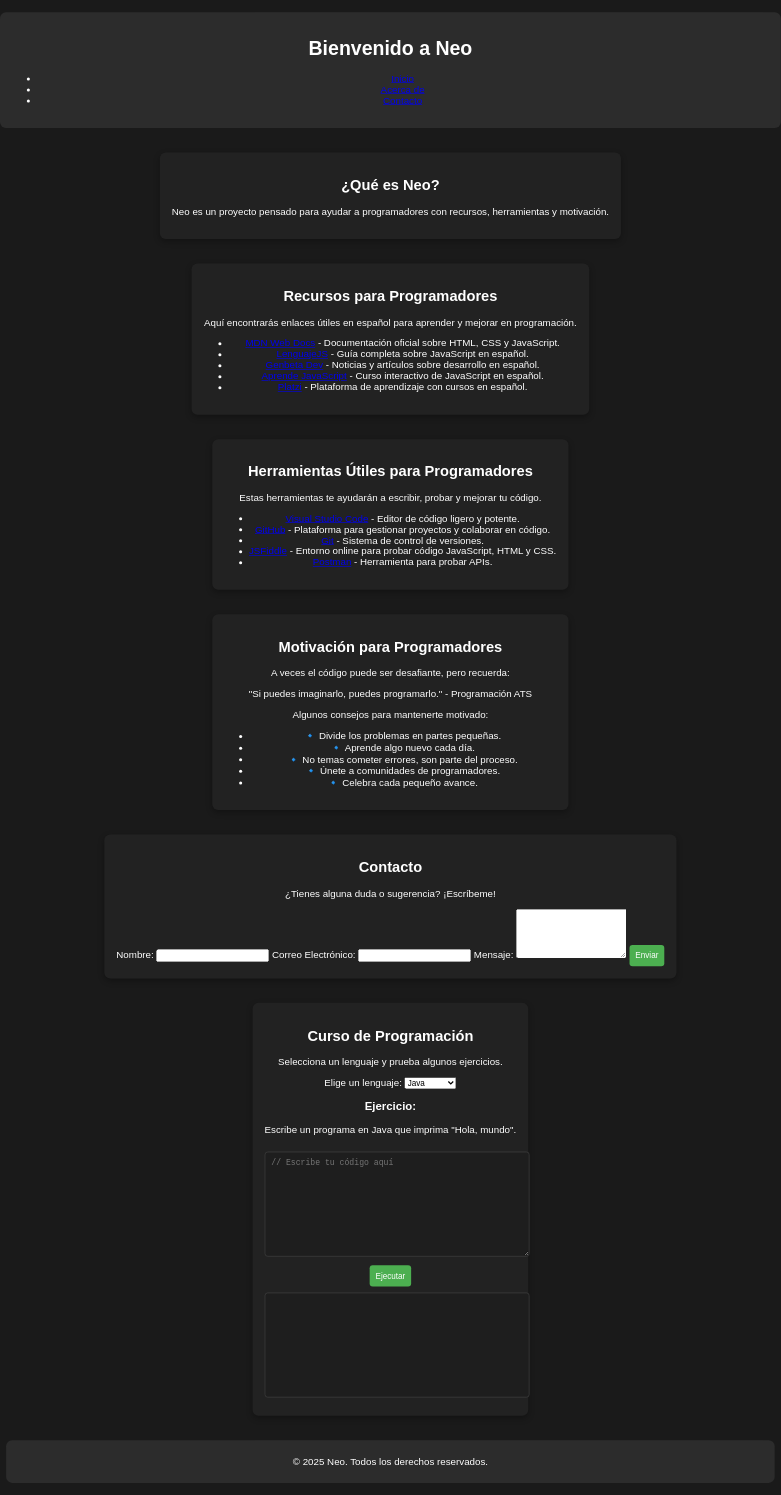
Repository: TapZc/getya_proyect
Page: index.html
These files come from the project's save history. The page is drawn as it stood at one moment and after the next save; the edit follows.
The browser window is 1280 px wide. The pictures show the whole page, at 61% of full size.

Above is the page before, as saved 2025-02-21 07:46:10.

### index.html
<!DOCTYPE html>
<html lang="es">
<head>
    <meta charset="UTF-8">
    <meta name="viewport" content="width=device-width, initial-scale=1.0">
    <title>Neo</title>
    <link rel="stylesheet" href="styles.css">
</head>

<script>
    function ejecutarCodigo() {
        let codigo = document.getElementById("codigo").value.trim();
        let resultado = document.getElementById("resultado");
        let lenguaje = document.getElementById("lenguaje").value;

        // Limpiar resultado antes de ejecutar
        resultado.textContent = "";

        if (codigo === "") {
            resultado.textContent = "⚠️ Escribe un código antes de ejecutar.";
            return;
        }

        // Si el usuario eligió JavaScript, ejecutamos directamente en el navegador
        if (lenguaje === "javascript") {
            try {
                let output = eval(codigo); // Evalúa el código
                resultado.textContent = "✅ Salida:\n" + output;
            } catch (error) {
                resultado.textContent = "❌ Error de sintaxis:\n" + error.message;
            }
        } else {
            // Simulación para Java y Python (en un futuro podemos ejecutar en un servidor)
            if (lenguaje === "java") {
                if (!codigo.includes("System.out.println")) {
                    resultado.textContent = "❌ Error: Usa System.out.println() para imprimir en Java.";
                } else {
                    resultado.textContent = "✅ Salida esperada:\nHola, mundo (ejemplo simulado)";
                }
            } else if (lenguaje === "python") {
                if (!codigo.includes("print")) {
                    resultado.textContent = "❌ Error: Usa print() para imprimir en Python.";
                } else {
                    resultado.textContent = "✅ Salida esperada:\nHola, mundo (ejemplo simulado)";
                }
            }
        }
    }
</script>



<body>
    <header>
        <h1>Bienvenido a Neo</h1>
        <nav>
            <ul>
                <li><a href="#">Inicio</a></li>
                <li><a href="#">Acerca de</a></li>
                <li><a href="#">Contacto</a></li>
            </ul>
        </nav>
    </header>

    <section>
        <h2>¿Qué es Neo?</h2>
        <p>Neo es un proyecto pensado para ayudar a programadores con recursos, herramientas y motivación.</p>
    </section>

    <section>
        <h2>Recursos para Programadores</h2>
        <p>Aquí encontrarás enlaces útiles en español para aprender y mejorar en programación.</p>
        <ul>
            <li><a href="https://developer.mozilla.org/es/" target="_blank">MDN Web Docs</a> - Documentación oficial sobre HTML, CSS y JavaScript.</li>
            <li><a href="https://lenguajejs.com/" target="_blank">LenguajeJS</a> - Guía completa sobre JavaScript en español.</li>
            <li><a href="https://www.genbeta.com/desarrollo" target="_blank">Genbeta Dev</a> - Noticias y artículos sobre desarrollo en español.</li>
            <li><a href="https://aprendejavascript.org/" target="_blank">Aprende JavaScript</a> - Curso interactivo de JavaScript en español.</li>
            <li><a href="https://platzi.com/" target="_blank">Platzi</a> - Plataforma de aprendizaje con cursos en español.</li>
        </ul>
    </section>

    <section>
        <h2>Herramientas Útiles para Programadores</h2>
        <p>Estas herramientas te ayudarán a escribir, probar y mejorar tu código.</p>
        <ul>
            <li><a href="https://code.visualstudio.com/" target="_blank">Visual Studio Code</a> - Editor de código ligero y potente.</li>
            <li><a href="https://github.com/" target="_blank">GitHub</a> - Plataforma para gestionar proyectos y colaborar en código.</li>
            <li><a href="https://git-scm.com/" target="_blank">Git</a> - Sistema de control de versiones.</li>
            <li><a href="https://jsfiddle.net/" target="_blank">JSFiddle</a> - Entorno online para probar código JavaScript, HTML y CSS.</li>
            <li><a href="https://www.postman.com/" target="_blank">Postman</a> - Herramienta para probar APIs.</li>
        </ul>
    </section>

    <section>
        <h2>Motivación para Programadores</h2>
        <p>A veces el código puede ser desafiante, pero recuerda:</p>
        <blockquote>
            "Si puedes imaginarlo, puedes programarlo." - Programación ATS
        </blockquote>
        <p>Algunos consejos para mantenerte motivado:</p>
        <ul>
            <li>🔹 Divide los problemas en partes pequeñas.</li>
            <li>🔹 Aprende algo nuevo cada día.</li>
            <li>🔹 No temas cometer errores, son parte del proceso.</li>
            <li>🔹 Únete a comunidades de programadores.</li>
            <li>🔹 Celebra cada pequeño avance.</li>
        </ul>
    </section>

    <section>
        <h2>Contacto</h2>
        <p>¿Tienes alguna duda o sugerencia? ¡Escríbeme!</p>
        <form action="#" method="post">
            <label for="nombre">Nombre:</label>
            <input type="text" id="nombre" name="nombre" required>

            <label for="email">Correo Electrónico:</label>
            <input type="email" id="email" name="email" required>

            <label for="mensaje">Mensaje:</label>
            <textarea id="mensaje" name="mensaje" rows="5" required></textarea>

            <button type="submit">Enviar</button>
        </form>
    </section>

    <section id="cursos">
        <h2>Curso de Programación</h2>
        <p>Selecciona un lenguaje y prueba algunos ejercicios.</p>

        <div class="curso-container">
            <!-- Selector de lenguaje -->
            <label for="lenguaje">Elige un lenguaje:</label>
            <select id="lenguaje">
                <option value="java">Java</option>
                <option value="python">Python</option>
                <option value="javascript">JavaScript</option>
            </select>

            <!-- Área de código -->
            <div class="editor">
                <h3>Ejercicio:</h3>
                <p id="ejercicio-texto">Escribe un programa en Java que imprima "Hola, mundo".</p>
                <textarea id="codigo" rows="5" placeholder="// Escribe tu código aquí"></textarea>
            </div>

            <!-- Botón de ejecución -->
            <button onclick="ejecutarCodigo()">Ejecutar</button>

            <!-- Resultado -->
            <pre id="resultado"></pre>
        </div>
    </section>



    <footer>
        <p>&copy; 2025 Neo. Todos los derechos reservados.</p>
    </footer>
</body>
</html>

### styles.css
/* 🔥 Modo oscuro mejorado */
body {
    background-color: #1a1a1a;
    color: #ffffff;
    font-family: Arial, sans-serif;
    display: flex;
    flex-direction: column;
    align-items: center;
    margin: 0;
    padding: 20px;
}

/* Contenedor principal para centrar todo */
.container {
    width: 80%;
    max-width: 1000px;
}

/* Secciones con mejor diseño */
section {
    background-color: #222; /* Más oscuro */
    padding: 20px;
    margin: 20px 0;
    border-radius: 10px;
    box-shadow: 0px 4px 10px rgba(0, 0, 0, 0.3);
    text-align: center;
}

/* Cabecera */
header {
    width: 100%;
    background-color: #2c2c2c;
    padding: 20px;
    text-align: center;
    border-radius: 10px;
    margin-bottom: 20px;
}

/* Footer */
footer {
    width: 100%;
    background-color: #2c2c2c;
    padding: 10px;
    text-align: center;
    border-radius: 10px;
    margin-top: 20px;
}

/* Área de código y resultado */
#codigo, #resultado {
    background-color: #1e1e1e;
    color: #ffffff;
    border: 1px solid #444;
    padding: 10px;
    border-radius: 5px;
    width: 100%;
    height: 150px;
    margin: 10px 0;
}

/* Botón */
button {
    background-color: #4caf50;
    color: white;
    border: none;
    padding: 10px;
    border-radius: 5px;
    cursor: pointer;
    transition: background 0.3s, transform 0.1s;
}

button:hover {
    background-color: #388e3c;
    transform: scale(1.05);
}

After the next save:
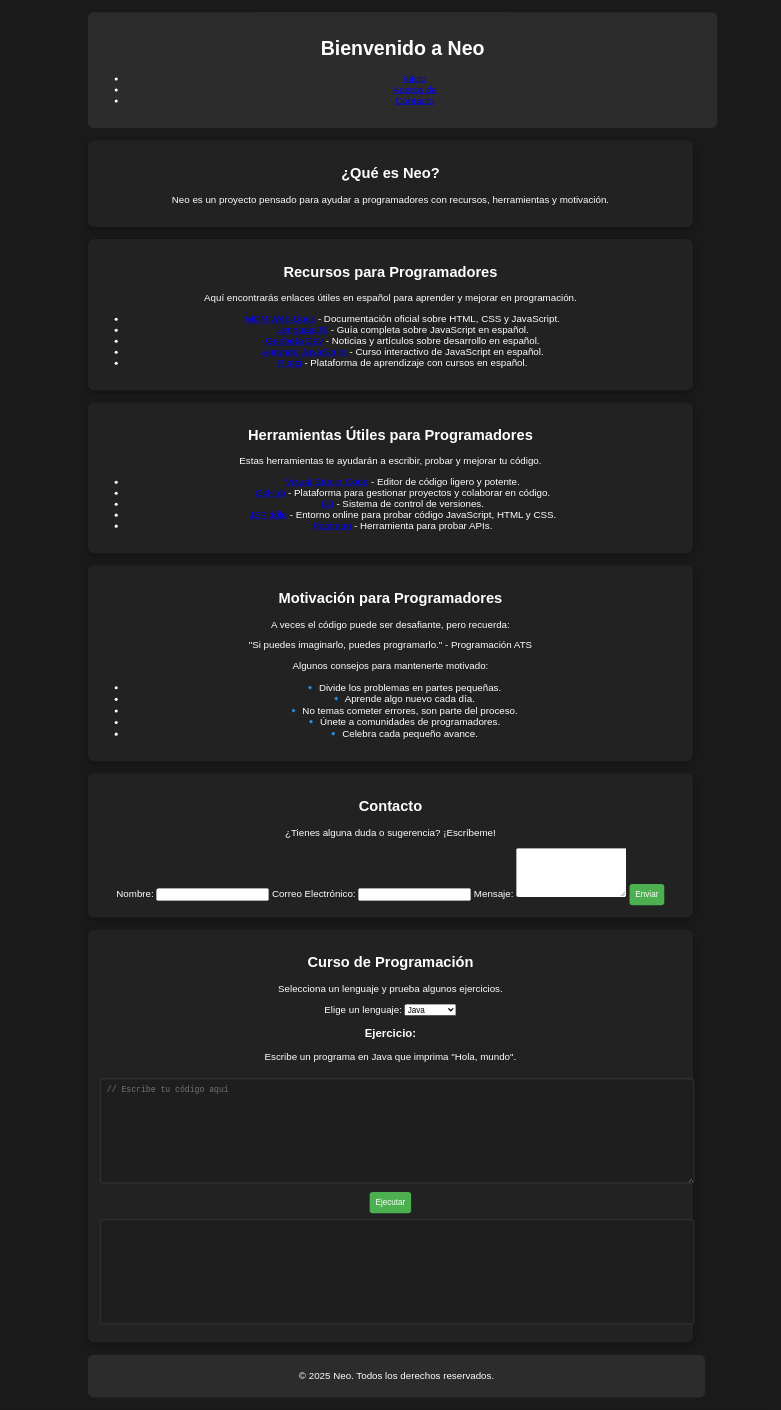
Saved 4 min 22 s later.
--- a/index.html
+++ b/index.html
@@ -51,6 +51,8 @@
 
 
 <body>
+        <div class="container">
+
     <header>
         <h1>Bienvenido a Neo</h1>
         <nav>
@@ -157,5 +159,6 @@
     <footer>
         <p>&copy; 2025 Neo. Todos los derechos reservados.</p>
     </footer>
+</div>
 </body>
 </html>
